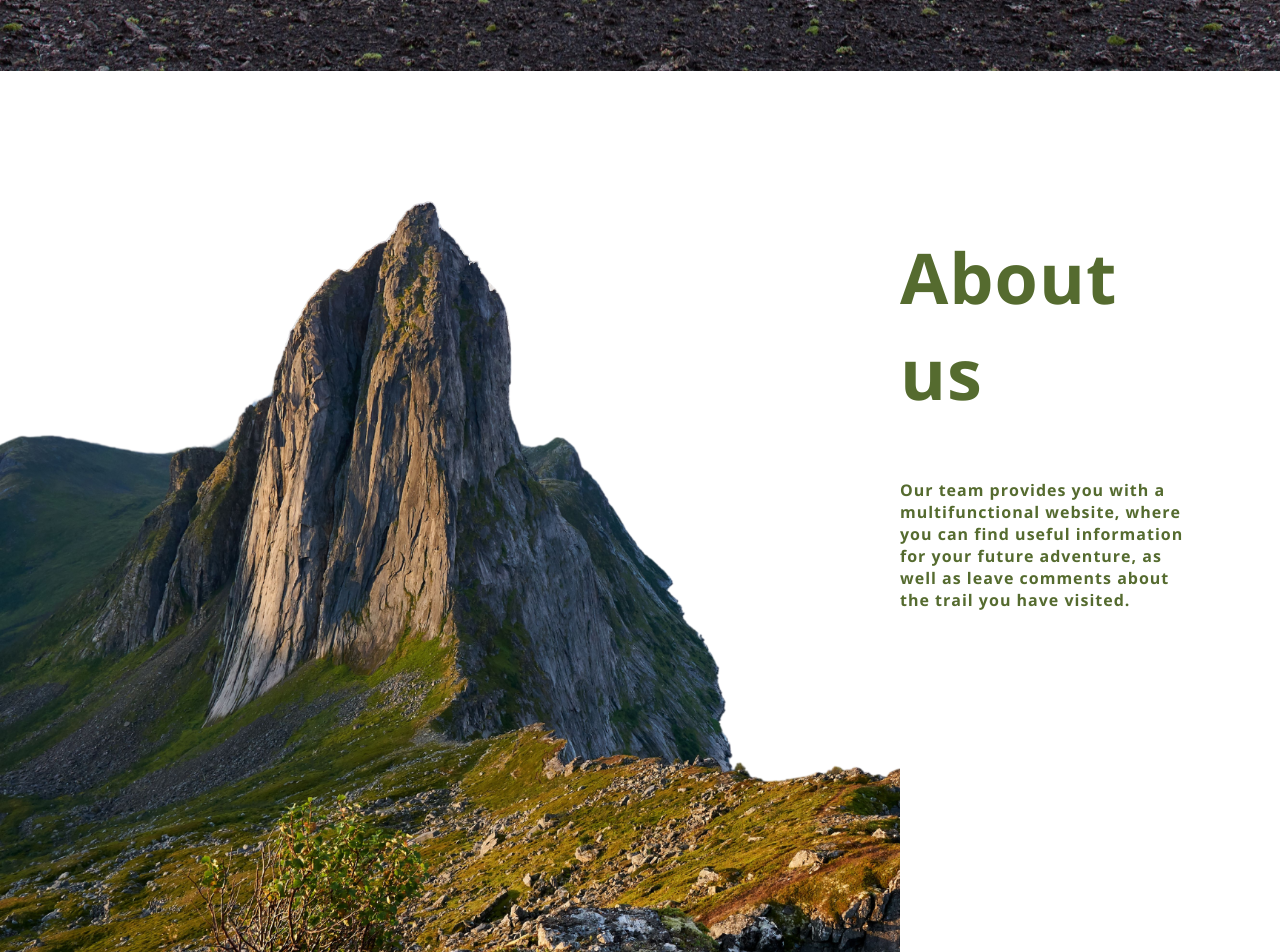
Repository: artembundin/travelrus.github.io
Page: index.html
These files come from the project's save history. The page is drawn as it stood at one moment and after a run of saves; the edit follows.
The browser window is 1280 px wide. The pictures show the part of the page from y = 2629 to 3581 px (the page is 4792 px tall).
A picture or video elsewhere on the page could not be fetched, so the positions and the page height are approximate. An inner scrolling area shows only its first screen. Backgrounds fixed to the window are drawn as part of the page. Some web fonts or font styles are not loaded; a fallback is used.

Above is the page before, as saved 2025-05-08 01:33:11.
Console error: TypeError: Cannot read properties of null (reading 'offsetTop')

### index.html
<!DOCTYPE html>
<html lang="en">
  <head>
    <meta charset="UTF-8" />
    <meta name="viewport" content="width=device-width, initial-scale=1.0" />
    <title>Document</title>
    <link rel="stylesheet" href="style.css" />
  </head>
  <body>
    <header class="header">
      <div class="container-header">
        <img src="icons/TRAIL TRIBE (3).svg" alt="" class="anim header-logo" />
        <ul class="header-list">
          <li><a class="active" href="/">HOME</a></li>
          <li><a href="/">BLOG</a></li>
          <li><a href="#inf">DISCOVER</a></li>
          <li><a href="/">ABOUT AS</a></li>
        </ul>
      </div>
    </header>
    <main class="main">
      <section class="join">
        <div class="join-container">
          <div class="text_section">
            <h2>Featured Items</h2>
            <p>
              These are some of the basic things that will be useful to you on a
              hike. See the full list on our blog.
            </p>
          </div>
          <a href="#" class="btn_list" id="newPageButton">BLOG</a>
        </div>
      </section>
      <section class="inf" id='inf'>
        <div class="inf-container">
          <h2 class="inf-caption animate-slidein">Find our most popular camps</h2>
          <div class="cards">
              <div class="cards-content">
                <a href="map.html#mapstore">
                  <img src="images/bvt.jpeg" alt="" class="img">
                </a>
                <div class="cards-text">
                  <h4 class="cards-title">The Big Valdai Trail</h4>
                  <p class="cards-sub-title">Its uniqueness lies in the change of ecological systems: spruce-fir forest, broad-leaved forest, pine forest.</p>
                </div>
              </div>
            <div class="cards-content">
              <a href="map.html#mapstore2">
                <img src="images/30.jpeg" alt="" class="img">
              </a>
              <div class="cards-text">
                <h4 class="cards-title">Through the Mountains to the Sea</h4>
                <p class="cards-sub-title">One of the oldest, most popular traveled tourist routes in the Soviet Union.</p>
              </div>
            </div>
            <div class="cards-content">
              <a href="map.html#mapstore3">
                <img src="images/btt.jpeg" alt="" class="img">
              </a>
              <div class="cards-text">
                <h4 class="cards-title">The Great Baikal Trail</h4>
                <p class="cards-sub-title">The trail will connect three national parks and three reserves.</p>
              </div>
            </div>
          </div>
        </div>
      </section>
      <section class="aboutus">
        <div class="aboutus-container">
          <div class="aboutus-image animate-slideleft"></div>
          <div class="aboutus-text animate-slideright">
            <h2 class="aboutus-title">About us</h2>
            <p class="aboutus-sub-title">Our team provides you with a multifunctional website, where you can find useful information for your future adventure, as well as leave comments about the trail you have visited.</p>
          </div>
        </div>
      </section>
      <section class="stuff-list">
      <h2 class="stuff-list-caption animate-appeir">That is useful for any hike</h2>
      <div class="item">
        <div class="stuff-list-container animate-appeir">
            <div class="stuff-item">
                    <p class="item1_title">Knife</p>
                    <img src="images/knife.svg" alt="/" id="item1">
            </div>
            <div class="stuff-item">
                    <p class="item2_title">Sleeping-bag</p>
                    <img src="images/sleepingbag.svg" alt="/" id="item2">
            </div>
            <div class="stuff-item">
                    <p class="item3_title">Tent</p>
                    <img src="images/tent.svg" alt="/" id="item3">
            </div>
          </div>
      </div>
    </section>
  </main>
  <script src="animation.js"></script>
  </body>
</html>




<!--<h2 class="stuff-list-caption">That is useful for any hike</h2>-->

### style.css
@font-face {
  font-family: 'OpenSans';
  src: url(fonts/OpenSans-Regular.woff2) format('woff2');
  font-weight: 400;
  font-style: normal;
  font-display: swap;
}
@font-face {
  font-family: 'OpenSans';
  src: url(fonts/OpenSans-Bold.woff2) format('woff2');
  font-weight: 700;
  font-style: normal;
  font-display: swap;
}


body {
  margin: 0;
  font-family: 'OpenSans';
  background-color: white;
  color: white;
  font-weight: 550;
}

ul {
  list-style: none;
  padding: 0;
  margin: 0;
}

a {
  text-decoration: none;
  color: white;
}

p {
  display: flex;
  /*animation: pfade linear both;
  animation-timeline: view();
  animation-range: entry 50% cover 50%;*/
}


h1, h2, h3, h4, h5, h6 {
  display: flex;
  /*animation: pfade linear both;
  animation-timeline: view();
  animation-range: entry 50% cover 50%;*/
}


/*@keyframes pfade {
  from {
    opacity: 0;
  }
  to {
    opacity: 1;
  }
} */

a {
  text-decoration: none;
}

/*Шапка*/

.header {
  position: relative;
  text-align: center;
  background-image: url(images/hiking3.jpeg);
  background-attachment: fixed;
  background-size: cover;
  background-position: center;
}

.container-header {
  display: flex;
  flex-direction: column;
  align-items: center;
  max-width: 1200px;
  height: 900px;
  margin-left: auto;
  margin-right: auto;
  overflow-x: hidden;
  padding: 0 15px;
}

.header-logo {
  width: 600px;
  height: 600px;
}



.header-img {
  position: absolute;
  width: 100%;
  height: auto;

  background-image: url(images/hiking3.jpeg);
  /*background-attachment: fixed;
    background-size: cover;
    background-position: center;*/
  z-index: -1;
}

.header-list {
  display: flex;
  gap: 40px;
  margin-top: -100px;
  text-decoration: underline;
  text-underline-offset: 10px;
  opacity: 0.6;
  font-weight: 600;
  font-size: 25px;
  letter-spacing: 3px;
}


/*СЕКЦИЯ 1*/

.main {
  display: inline;
}


.join {
  background-image: url('images/cloudmount.png');
  background-size: contain;
  background-repeat: no-repeat;
  animation: pfade linear both;
  animation-timeline: view();
  animation-range: entry 50% cover 50%;
}

@keyframes pfade {
  from {
    opacity: 0;
  }
  to {
    opacity: 1;
  }
}

.join-container {
  display: flex;
  max-width: 1200px;
  height: 900px;
  margin-left: auto;
  margin-right: auto;
  overflow-x: hidden;
  padding: 0 15px;
}


.text_section {
  width: 330px;
  height: 500px;
  padding: 100px;
  color: darkolivegreen;
}

.text_section p {
  letter-spacing: 1px;
}

.text_section h2 {
  font-size: 70px;
  font-weight: 700;
}

/*Кнопка*/

.btn_list {
  position: relative;
  text-align: center;
  padding: 5px 10px;
  width: 200px;
  height: 30px;
  top: 550px ;
  right: 430px;
  font-size: 20px;
  color: darkolivegreen;

  background-color: white;
  border-radius: 17px;
  box-shadow: 5px 5px 5px 3px #8a8a8a;
  cursor: pointer;
  transition: .3s;
}

.btn_list:active {
  transform: translateY(4px);
  box-shadow: 0 5px 0 darkgreen;
}


/*Конец кнопки*/



/*СЕКЦИЯ 2*/

.inf {
  background-image: url(images/holm.png);
  background-attachment: fixed;
  background-size: 1200px 900px;
  background-repeat: no-repeat;
  color: #AFD2F2;

}


.inf-caption {
  display: flex;
  justify-content: center;
  font-size: 60px;
  font-weight: 700;
  margin-top: 100px;
  margin-bottom: 200px;

  color: white;
}

@keyframes slidein {
  from {
    transform: translateX(-100%);
    opacity: 0;
  }
  to {
    transform: translateX(0);
    opacity: 1;
  }
}

.inf-caption.animate-slidein {
  animation: slidein;
  animation-duration: 2s;
  animation-timing-function: linear forwards;
  animation-iteration-count: 1;
}

.inf-container {
  max-width: 1200px;
  height: 900px;
  margin-left: auto;
  margin-right: auto;
  overflow-x: hidden;
  padding: 0 15px;
}

@keyframes fadein {
  from {
    opacity: 0;
  }
  to {
    opacity: 1;
  }
}

.cards {
  display: flex;
  justify-content: center;
  gap: 100px;
  animation: pfade linear both;
  animation-timeline: view();
  animation-range: entry 50% cover 50%;
}

.cards-content {
  display: flex;
  position: relative;
  justify-content: center;
  align-items: center;
  overflow: hidden;




  /*width: 400px;
  border-radius: 20px;
  margin-top: 200px;
  text-align: center;*/
}


.img {
  width: 400px;
  height: 300px;
  border: 3px solid #2E2C33;




  /*max-width: 100%;
  height: 350px;
  object-fit: cover;
  border-radius: 15px;*/
}

.cards-text {
  width: 200px;
  height: 200px;
  background-color: white;
  padding: 1.5rem 2rem;
  box-shadow: 0 8px 24px hsla(0, 0%, 0%, .15);
  border-radius: 1rem;
  position: absolute;
  bottom: -9rem;
  opacity: 0;
  transition: opacity 1s 1s;
}

.cards-title {
  font-size: 28px;
  font-weight: 700;
  margin-bottom: .75rem;
}



.cards-sub-title {
  font-size: 13px;
  font-weight: 400;

}

.cards-content:hover .cards-text{
  animation: show-text 1s forwards;
  opacity: 1;
  transition: opacity .3s;
}

.cards-content {
  animation-name: remove-overflow;
  animation: remove-overflow 2s forwards;

}

.cards-content:not(:hover) {
  animation: show-overflow 2s forwards;
}

.cards-content:not(:hover) .cards-text {
  animation: remove-text 1s forwards;
}

@keyframes show-text {
  50% {
    transform: translateY(-10rem);
  }
  100% {
    transform: translateY(-7rem);
  }
}

@keyframes remove-overflow {
  to {
    overflow: initial;
  }
}

@keyframes remove-text {
  0% {
    transform: translateY(-7rem);
  }
  50% {
    transform: translateY(-10rem);
  }
  100% {
    transform: translateY(.5rem);
  }
}

@keyframes show-overflow {
  0% {
    overflow: initial;
    pointer-events: none;
  }
  50% {
    overflow: hidden;
  }
}


/*СЕКЦИЯ 3 */



.aboutus {
  color: darkolivegreen;
}


.aboutus-container {
  display: flex;
  max-width: 1200px;
  height: 800px;
  margin-right: auto;
  overflow-x: hidden;
  margin-top: 100px;
  margin-bottom: 150px;
}


.aboutus-image {
  background-image: url(images/goraaa.png);
  background-size: cover;
  background-repeat: no-repeat;
  width: 1200px;
  height: 800px;
}

/*@keyframes slideleft {
  from{
    transform: translateX(-100%);
    opacity: 0;
  }
  to {
    transform: translate(0);
    opacity: 1;
  }
}

.aboutus-image.animate-slideleft {
  animation: slideleft;
  animation-duration: 5s;
  animation-timing-function: linear forwards;
  animation-iteration-count: 1;
}*/

.aboutus-text {

  width: 400px;
  height: 300px;
  text-align: left;
  letter-spacing: 1px;
}

/*.aboutus-text.animate-slideright {
  animation: none;
  animation: slideright;
  animation-duration: 4s;
  animation-timing-function: linear forwards;
  animation-iteration-count: 1;
}

@keyframes slideright {
  from {
    transform: translateX(100%);
  }
  to {
    transform: translateX(0);
  }
}*/

.aboutus-title {
  font-size: 70px;
  justify-content: left;
}



/*СЕКЦИЯ 3*/


/*.cards {
  display: flex;
  justify-content: center;
  gap: 170px;
} карточки секция */

@keyframes appeir {
  from {
    opacity: 0;
  }
  to {
    opacity: 1;
  }
}

.stuff-list-caption {
  display: flex;
  justify-content: center;
  font-size: 65px;
  font-weight: 700;
  color: darkolivegreen;

}

.stuff-list-caption.animate-appeir {
  animation: appeir;
  animation-duration: 6s;
  animation-timing-function: linear forwards;
  animation-iteration-count: 1;
}

.stuff-list-container.animate-appeir {
  display: grid;
  grid-template-columns: 0.25fr 0.25fr;
  grid-template-rows: 600px 600px;
  gap: 20px;
  max-width: 1200px;
  height: 800px;
  margin-left: auto;
  margin-right: auto;
  overflow-x: hidden;
  margin-top: 100px;


    /*animation: appeir2 ;
    animation-duration: 1s;
    animation-timing-function: ease-in forwards;
    animation-delay: 1s;
    animation-iteration-count: 1;*/

}

/*@keyframes appeir2 {
  from {
    opacity: 0;
  }
  to {
    opacity: 1;
  }
}*/

.stuff-list {
  color: white;
}


.item {
  background-image: url(/images/sumka.png);
  background-size: 1300px 800px;
  background-repeat: no-repeat;
  background-position: center;
}


#item1 {
  background-color: lemonchiffon;
  position: relative;
  left: 490px;
  top: 160px;
}



#item2 {
  background-color: lightpink;
  position: relative;
  left: 390px;
  top: 130px;
}



#item3 {
  background-color: lightsteelblue;
  position: relative;
  left: 530px;
  bottom: 230px;
}

.item1_title {
  position: relative;
  left: 490px;
  top: 160px;
  font-size: 17px;
}

.item2_title {
  position: relative;
  left: 390px;
  top: 130px;
  font-size: 17px;
}

.item3_title {
  position: relative;
  left: 530px;
  bottom: 230px;
  font-size: 17px;
}

/* В конец файла добавим медиа-запросы */

/* Для планшетов */
@media screen and (max-width: 1024px) {
  .container-header {
    height: 700px;
  }

  .header-logo {
    width: 400px;
    height: 400px;
  }

  .header-list {
    font-size: 20px;
    gap: 20px;
  }

  .join-container {
    width: 100%;
    padding: 0 20px;
  }

  .text_section {
    padding: 50px;
  }

  .text_section h2 {
    font-size: 50px;
  }

  .cards {
    flex-wrap: wrap;
    gap: 50px;
  }

  .img {
    width: 300px;
    height: 225px;
  }

  .aboutus-container {
    flex-direction: column;
    height: auto;
  }

  .aboutus-image {
    width: 100%;
    height: 500px;
  }

  .aboutus-text {
    width: 100%;
    margin: 20px;
  }
}

/* Для мобильных устройств */
@media screen and (max-width: 768px) {
  .container-header {
    height: 500px;
  }

  .header-logo {
    width: 300px;
    height: 300px;
  }

  .header-list {
    font-size: 16px;
    gap: 15px;
    flex-direction: column;
  }

  .text_section h2 {
    font-size: 40px;
  }

  .btn_list {
    right: 200px;
  }

  .inf-caption {
    font-size: 40px;
    margin: 50px 0;
  }

  .cards-content {
    width: 100%;
  }

  .img {
    width: 100%;
    max-width: 300px;
  }

  .stuff-list-container {
    grid-template-columns: 1fr;
    grid-template-rows: auto;
  }

  #item1, #item2, #item3,
  .item1_title, .item2_title, .item3_title {
    left: 50%;
    transform: translateX(-50%);
    position: relative;
    top: 0;
    bottom: 0;
  }

  .stuff-list-caption {
    font-size: 40px;
    text-align: center;
  }
}

/* Для маленьких экранов */
@media screen and (max-width: 480px) {
  .header-logo {
    width: 200px;
    height: 200px;
  }

  .text_section {
    width: 100%;
    padding: 20px;
  }

  .text_section h2 {
    font-size: 30px;
  }

  .btn_list {
    width: 150px;
    right: 100px;
  }
}

.join,
.inf,
.aboutus,
.stuff-list {
  width: 100%;
  overflow-x: hidden;
}

### animation.js
window.addEventListener('scroll', function() {
    var infCaption = document.querySelector('.inf-caption');
    var infOffsetTop = infCaption.offsetTop;
    var windowHeight = window.innerHeight;
    var scrollTop = window.scrollY;

    if (scrollTop > infOffsetTop - windowHeight) {
    infCaption.classList.add('animate-slidein');
    }
    else {
    infCaption.classList.remove('animate-slidein');
    }
});

window.addEventListener('scroll', function() {
    var aboutusSection = document.querySelector('.aboutus');
    var aboutusOffsetTop = aboutusSection.offsetTop;
    var windowHeight = window.innerHeight;
    var scrollTop = window.scrollY;

    if (scrollTop > aboutusOffsetTop - windowHeight) {
    document.querySelector('.aboutus-image').classList.add('animate-slideleft');
    document.querySelector('.aboutus-text').classList.add('animate-slideright');
    }
    else {
    document.querySelector('.aboutus-image').classList.remove('animate-slideleft');
    document.querySelector('.aboutus-text').classList.remove('animate-slideright');
    }
});


window.addEventListener('scroll', function() {
    var stuffSection = document.querySelector('.stuff-list');
    var stuffOffsetTop = stuffSection.offsetTop;
    var windowHeight = window.innerHeight;
    var scrollTop = window.scrollY;

    if (scrollTop > stuffOffsetTop - windowHeight) {
    document.querySelector('.stuff-list-caption').classList.add('animate-appeir');
    }
    else {
    document.querySelector('.stuff-list-caption').classList.remove('animate-appeir');
    }
});

document.addEventListener('scroll', function() {
    var stuffSection = document.querySelector('.stuff-list-container');
    var windowHeight = window.innerHeight;
    var stuffOffsetTop = stuffSection.offsetTop;
    var scrollTop = window.scrollY;

    if (scrollTop > stuffOffsetTop - windowHeight) {
        stuffSection.classList.add('animate-appeir');
    } else {
        stuffSection.classList.remove('animate-appeir');
    }
});

document.addEventListener('scroll', function() {
    var footer = document.querySelector('.footer');
    var windowHeight = window.innerHeight;
    var footerOffsetTop = footer.offsetTop;
    var scrollTop = window.scrollY;

    if (scrollTop > footerOffsetTop - windowHeight) {
        footer.classList.add('animate-appeir-footer');
    } else {
        footer.classList.remove('animate-appeir-footer');
    }
});

document.addEventListener('scroll', function() {
    var socialContainer = document.querySelector('.social-container');
    var windowHeight = window.innerHeight;
    var socialContainerOffsetTop = socialContainer.offsetTop;
    var scrollTop = window.scrollY;

    if (scrollTop > socialContainerOffsetTop - windowHeight) {
        socialContainer.classList.add('animate-appeir3');
    } else {
        socialContainer.classList.remove('animate-appeir3');
    }
});

const newPageButton = document.getElementById('newPageButton');

newPageButton.addEventListener('click', function() {
    window.open('blog.html');
});

After the next 3 saves:
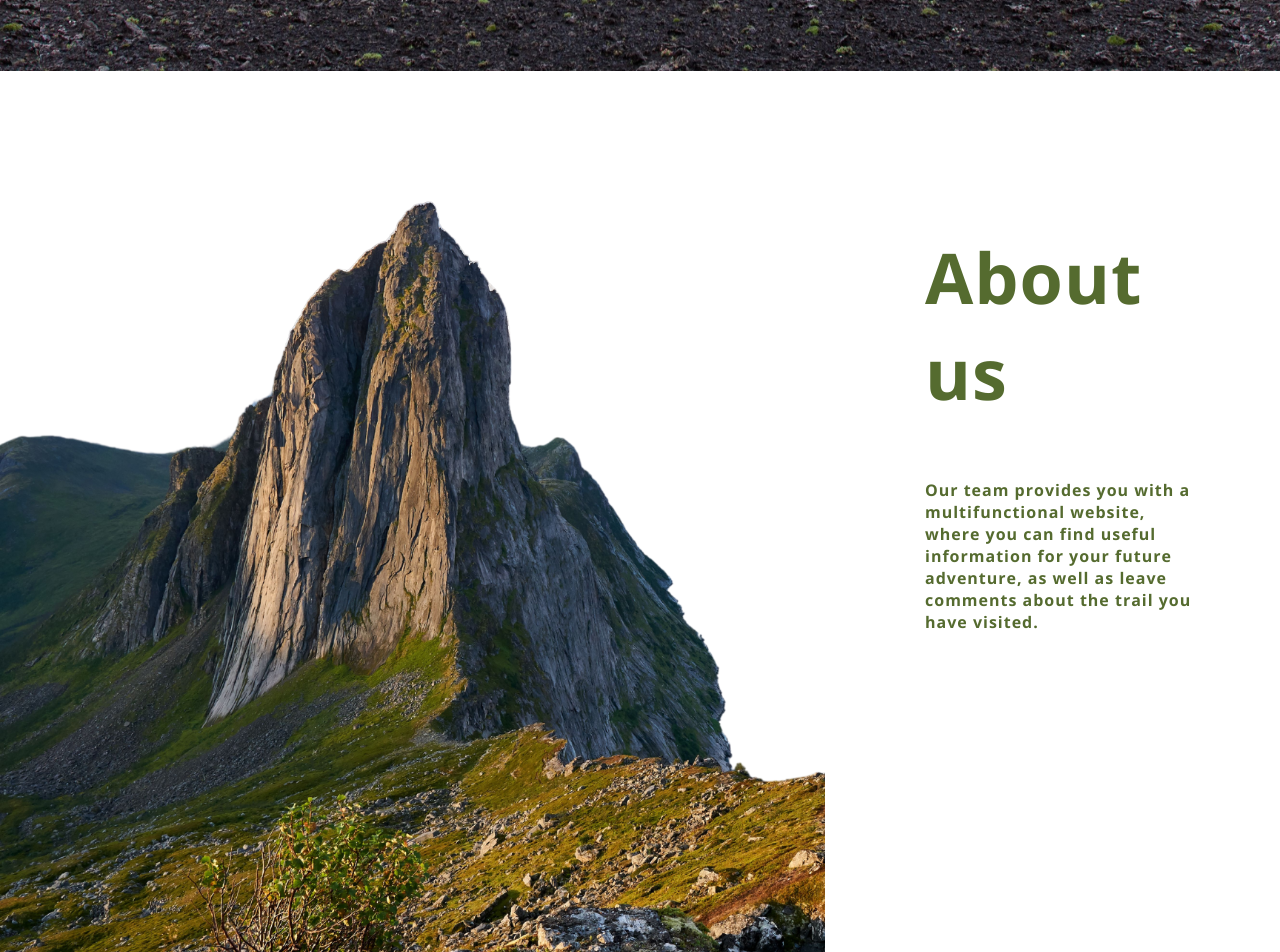
The 3 saves are shown as one change because they came seconds apart.
The last was saved 7 s later.
--- a/style.css
+++ b/style.css
@@ -430,7 +430,7 @@
 }*/
 
 .aboutus-text {
-
+  margin-left: 100px;
   width: 400px;
   height: 300px;
   text-align: left;

After the save that followed:
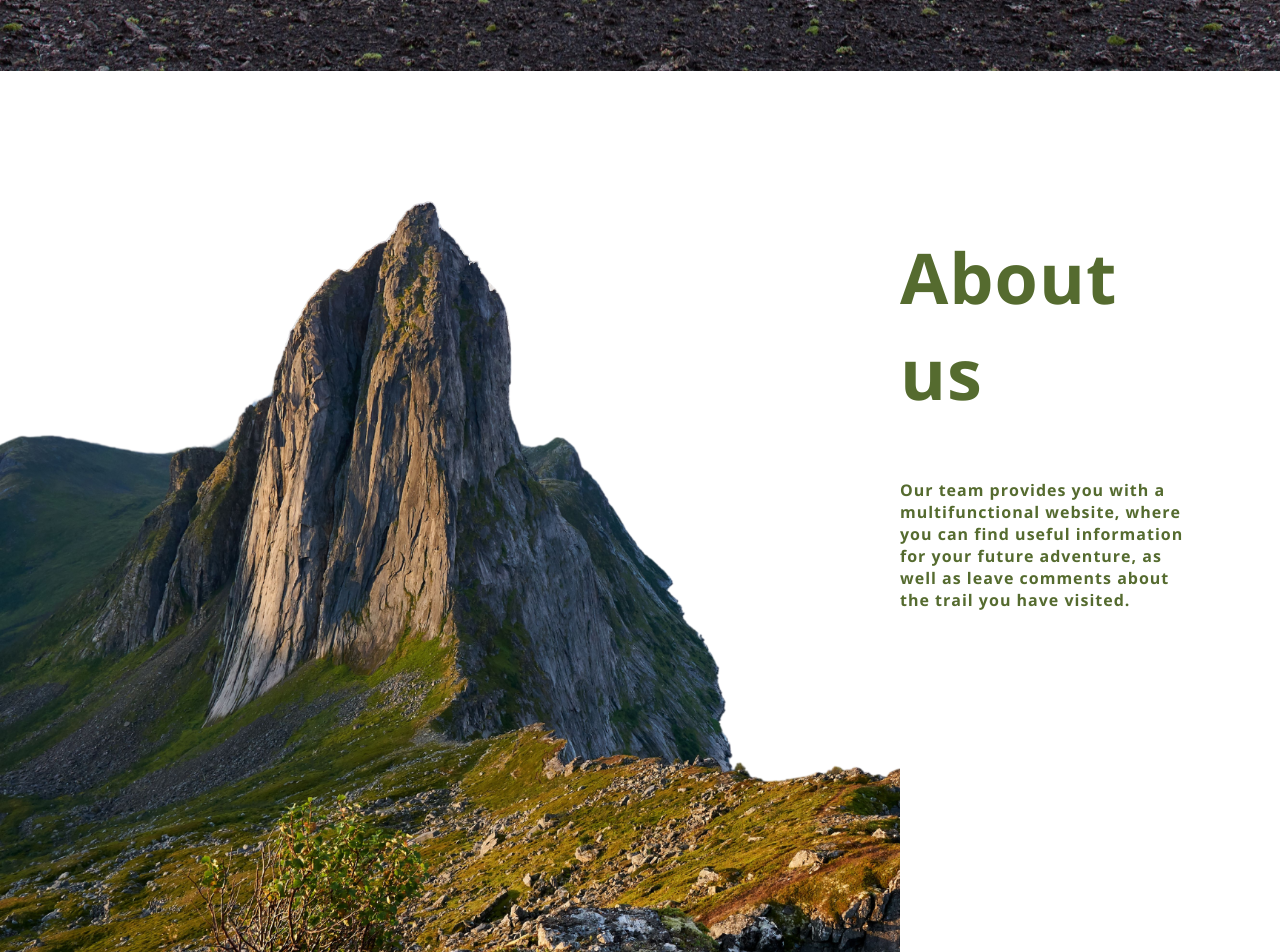
Saved 5 min 18 s later.
--- a/style.css
+++ b/style.css
@@ -430,7 +430,6 @@
 }*/
 
 .aboutus-text {
-  margin-left: 100px;
   width: 400px;
   height: 300px;
   text-align: left;
